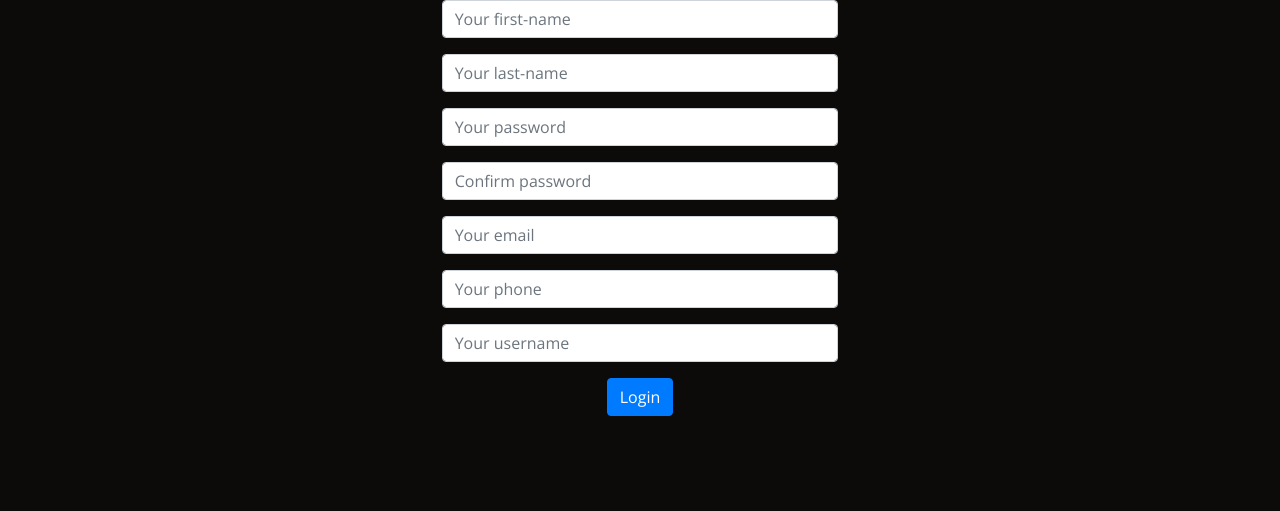
Repository: Amalraveendran/Amal
Page: http://localhost/cakehub/deliveryPartnerReg.jsp
These files come from the project's save history. The page is drawn as it stood at one moment and after the next save; the edit follows.
The browser window is 1280 px wide. The pictures show the whole page.
Some web fonts or font styles are not loaded; a fallback is used. The page is served by Tomcat 9. Other server files are loaded and not shown.

Above is the page before, as saved 2021-01-30 08:48:31.

### Eclipse Workspace/cakehub/WebContent/deliveryPartnerReg.jsp
<%@ page language="java" contentType="text/html; charset=ISO-8859-1"
    pageEncoding="ISO-8859-1"%>
<!DOCTYPE html>
<html>
<head>
<meta charset="ISO-8859-1">
<title>Delivery Partner Registration</title>
<link href="assets/img/back.jpg" rel="icon">
  <link href="assets/img/index.jpg" rel="apple-touch-icon">

  <!-- Google Fonts -->
  <link href="https://fonts.googleapis.com/css?family=Open+Sans:300,300i,400,400i,600,600i,700,700i|Playfair+Display:ital,wght@0,400;0,500;0,600;0,700;1,400;1,500;1,600;1,700|Poppins:300,300i,400,400i,500,500i,600,600i,700,700i" rel="stylesheet">

  <!-- Vendor CSS Files -->
  <link href="assets/vendor/bootstrap/css/bootstrap.min.css" rel="stylesheet">
  <link href="assets/vendor/icofont/icofont.min.css" rel="stylesheet">
  <link href="assets/vendor/boxicons/css/boxicons.min.css" rel="stylesheet">
  <link href="assets/vendor/animate.css/animate.min.css" rel="stylesheet">
  <link href="assets/vendor/owl.carousel/assets/owl.carousel.min.css" rel="stylesheet">
  <link href="assets/vendor/venobox/venobox.css" rel="stylesheet">
  <link href="assets/vendor/aos/aos.css" rel="stylesheet">

  <!-- Template Main CSS File -->
  <link href="assets/css/style.css" rel="stylesheet">
</head>
<body>

<center>
<div >
<form action="DeliveryPartnerDao" >

            <div class="col-lg-4 col-md-6 form-group">
              <input type="text" class="form-control" name="fname" id="fname" placeholder="Your first-name" data-rule="email" data-msg="Please enter a valid email">

            </div>
             <div class="col-lg-4 col-md-6 form-group">
              <input type="text" class="form-control" name="lname" id="lname" placeholder="Your last-name" data-rule="email" data-msg="Please enter a valid email">

            </div>
            <div class="col-lg-4 col-md-6 form-group">
              <input type="password" class="form-control" name="pwd" id="pwd" placeholder="Your password" data-rule="minlen:4" data-msg="Please enter at least 4 chars">
			</div>
			 <div class="col-lg-4 col-md-6 form-group">
              <input type="password" class="form-control" name="pwd" id="cpwd" placeholder="Confirm password" data-rule="minlen:4" data-msg="Please enter at least 4 chars">
			</div>

			  <div class="col-lg-4 col-md-6 form-group">
              <input type="email" class="form-control" name="uname" id="email" placeholder="Your email" data-rule="email" data-msg="Please enter a valid email">

            </div>
	 <div class="col-lg-4 col-md-6 form-group">
              <input type="text" class="form-control" name="number" id="uname" placeholder="Your phone" data-rule="email" data-msg="Please enter a valid email">

            </div>

             <div class="col-lg-4 col-md-6 form-group">
              <input type="text" class="form-control" name="uname" id="uname" placeholder="Your username" data-rule="email" data-msg="Please enter a valid email">

            </div>
            <input type="submit" class="btn btn-primary" value="Login">



</form>
 </div>
</center>



<script src="assets/vendor/jquery/jquery.min.js"></script>
  <script src="assets/vendor/bootstrap/js/bootstrap.bundle.min.js"></script>
  <script src="assets/vendor/jquery.easing/jquery.easing.min.js"></script>
  <script src="assets/vendor/php-email-form/validate.js"></script>
  <script src="assets/vendor/owl.carousel/owl.carousel.min.js"></script>
  <script src="assets/vendor/isotope-layout/isotope.pkgd.min.js"></script>
  <script src="assets/vendor/venobox/venobox.min.js"></script>
  <script src="assets/vendor/aos/aos.js"></script>

  <!-- Template Main JS File -->
  <script src="assets/js/main.js"></script>
</body>
</html>

Loaded but not shown: Eclipse Workspace/cakehub/WebContent/assets/js/main.js (220 lines, source omitted); Eclipse Workspace/cakehub/WebContent/assets/css/style.css (1797 lines, source omitted)

After the next save:
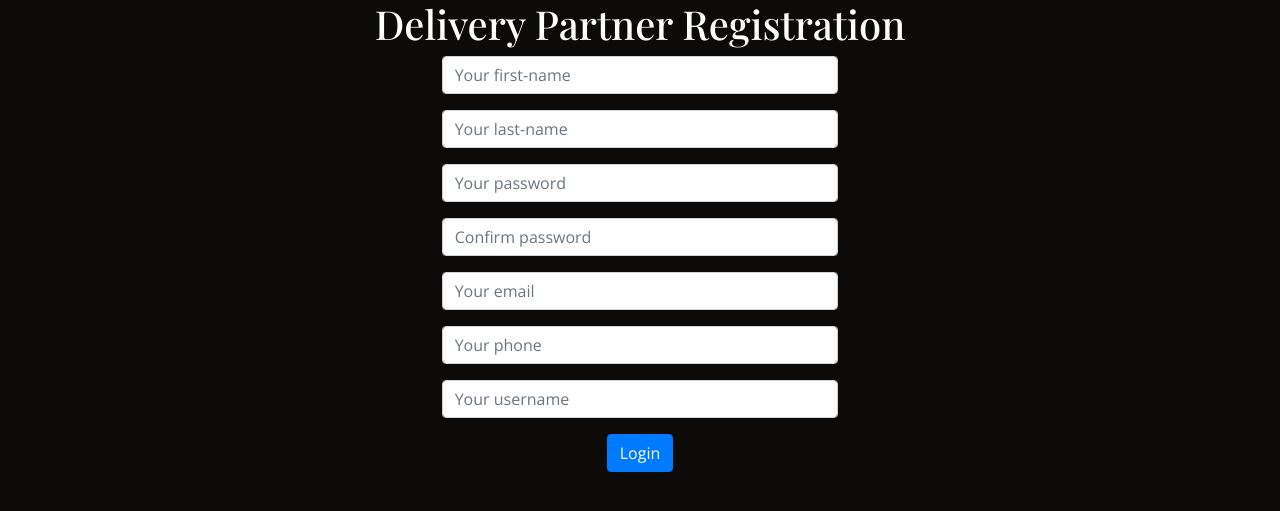
Saved 2 min 7 s later.
--- a/Eclipse Workspace/cakehub/WebContent/deliveryPartnerReg.jsp
+++ b/Eclipse Workspace/cakehub/WebContent/deliveryPartnerReg.jsp
@@ -26,6 +26,7 @@
 <body>
 
 <center>
+<h1> Delivery Partner Registration</h1>
 <div >
 <form action="DeliveryPartnerDao" >
 
